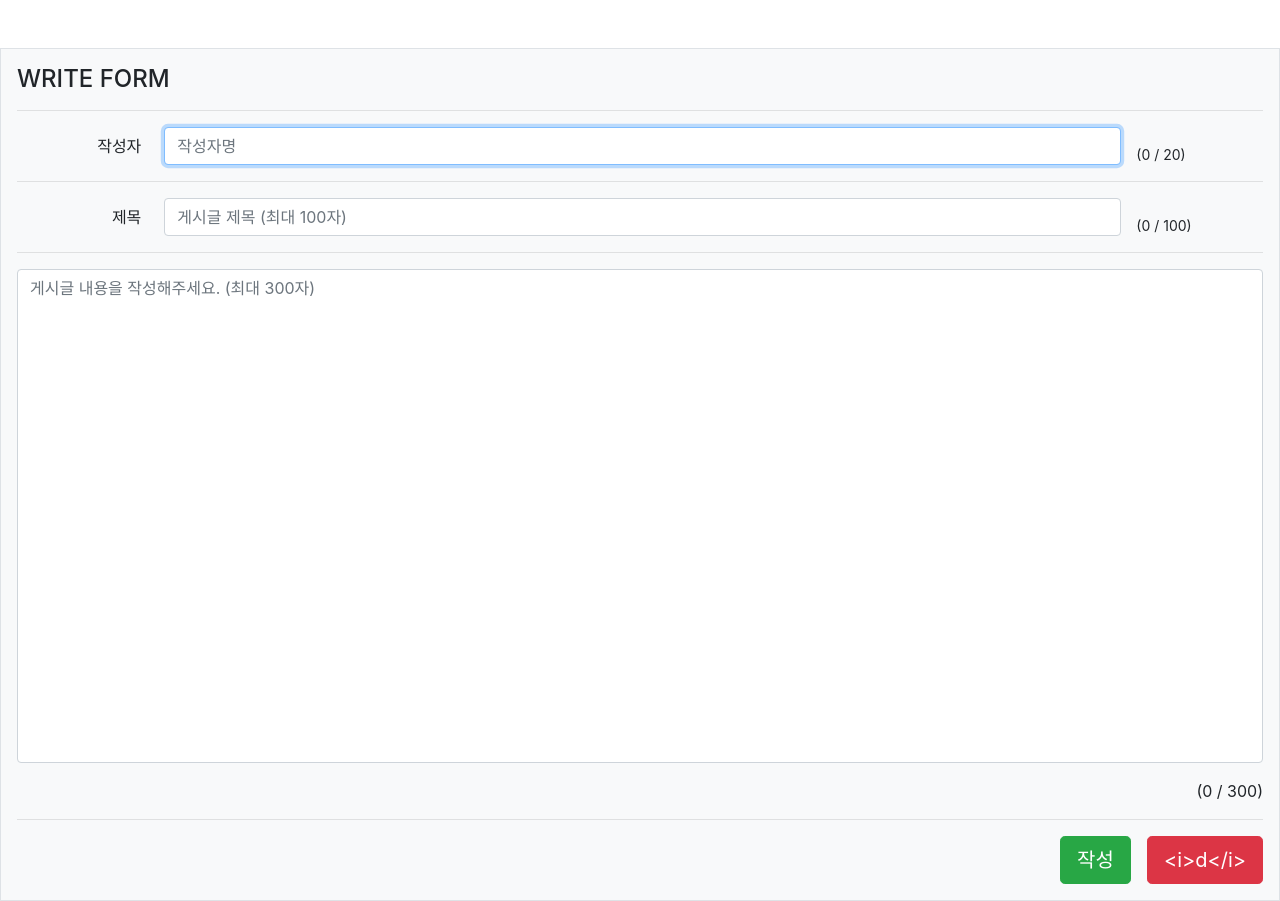
Repository: rasz60/ezen
Page: http://localhost/jspMVC/
The author's editor kept a copy of each file at every save. The page is drawn from the files as they stood at one save, then again after the next save.
The browser window is 1280 px wide. The pictures show the whole page.
Some web libraries are served in a nearby version. The page is served by Tomcat 9.

Above is the page before, as saved 2022-02-15 05:14:32.

After the next save:
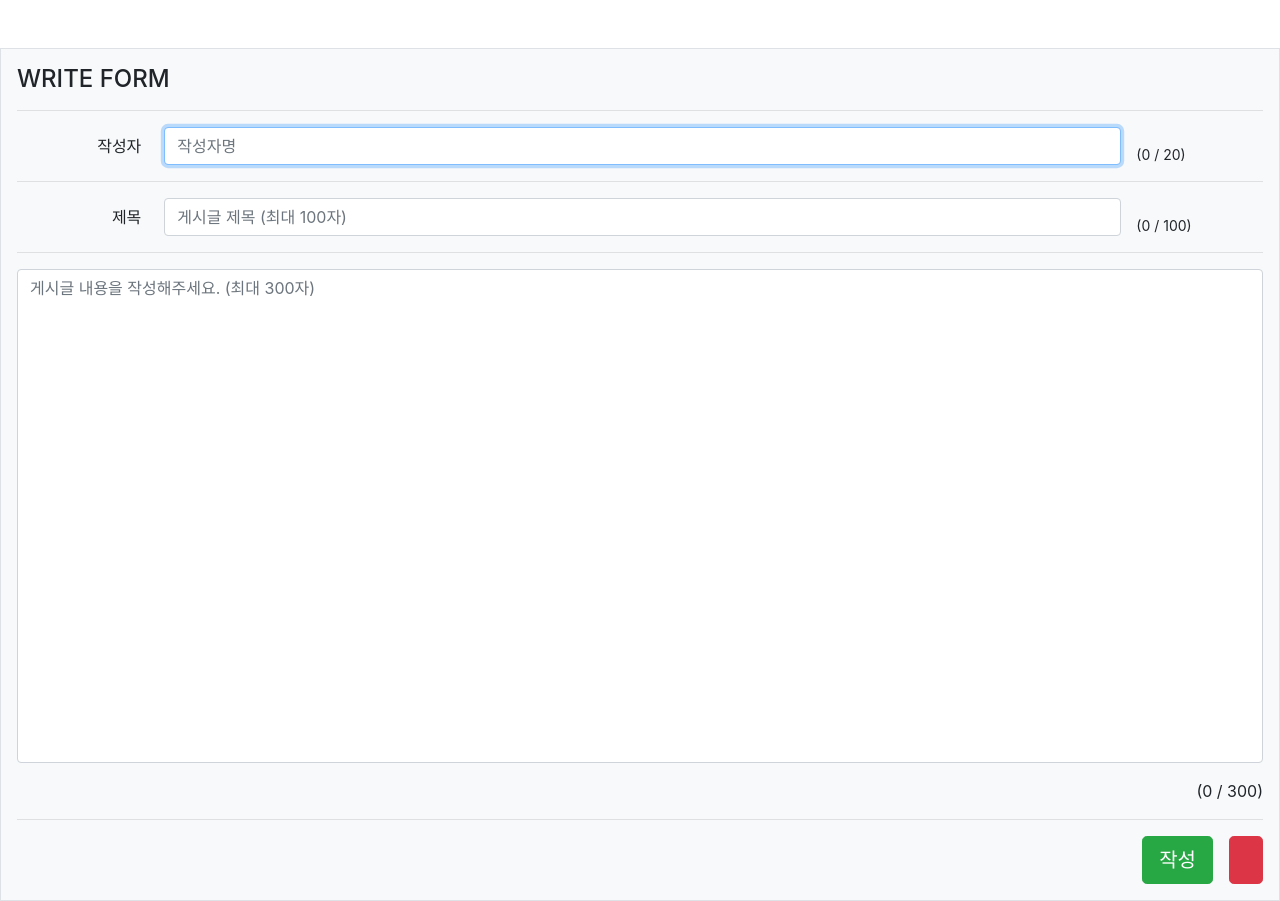
Saved 9 s later.
--- a/04_jsp_servlet-workspace/jspMVC/src/main/webapp/writeForm.jsp
+++ b/04_jsp_servlet-workspace/jspMVC/src/main/webapp/writeForm.jsp
@@ -58,7 +58,7 @@ textarea {
 		<hr />
 		<div class="d-flex justify-content-end">
 			<input type="submit" value="작성" class="btn btn-success btn-lg mr-3" onclick="return checkWrite()" />
-			<a href="list.do"><input type="button" value="<i>d</i>" class="btn btn-danger btn-lg" ></a>
+			<a href="list.do"><input type="button" value="" class="btn btn-danger btn-lg" ></a>
 		</div>
 	</form>
 </div>
